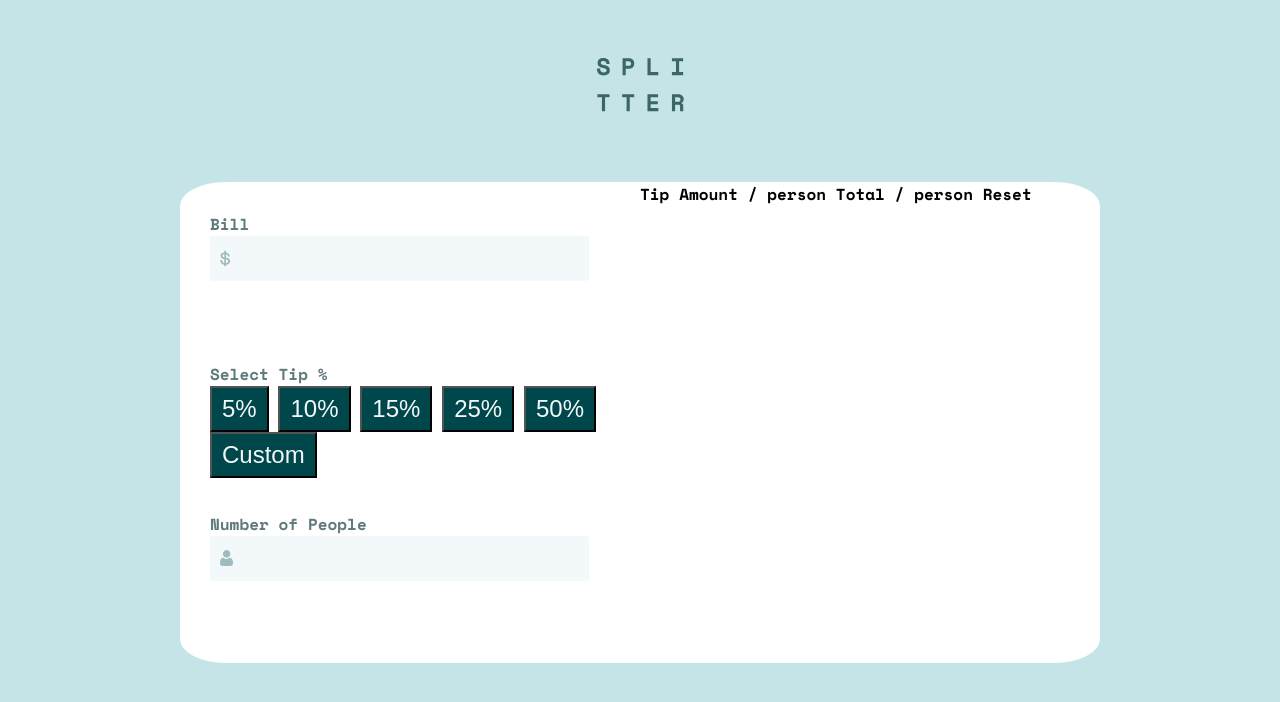
Repository: Arkitecth/tip-calculator
Page: index.html
An editor plug-in stored every save of this project. The page is shown before and after the next save, followed by the edit.
The browser window is 1280 px wide. The pictures show the whole page.

Above is the page before, as saved 2023-06-09 18:05:54.

After the next save:
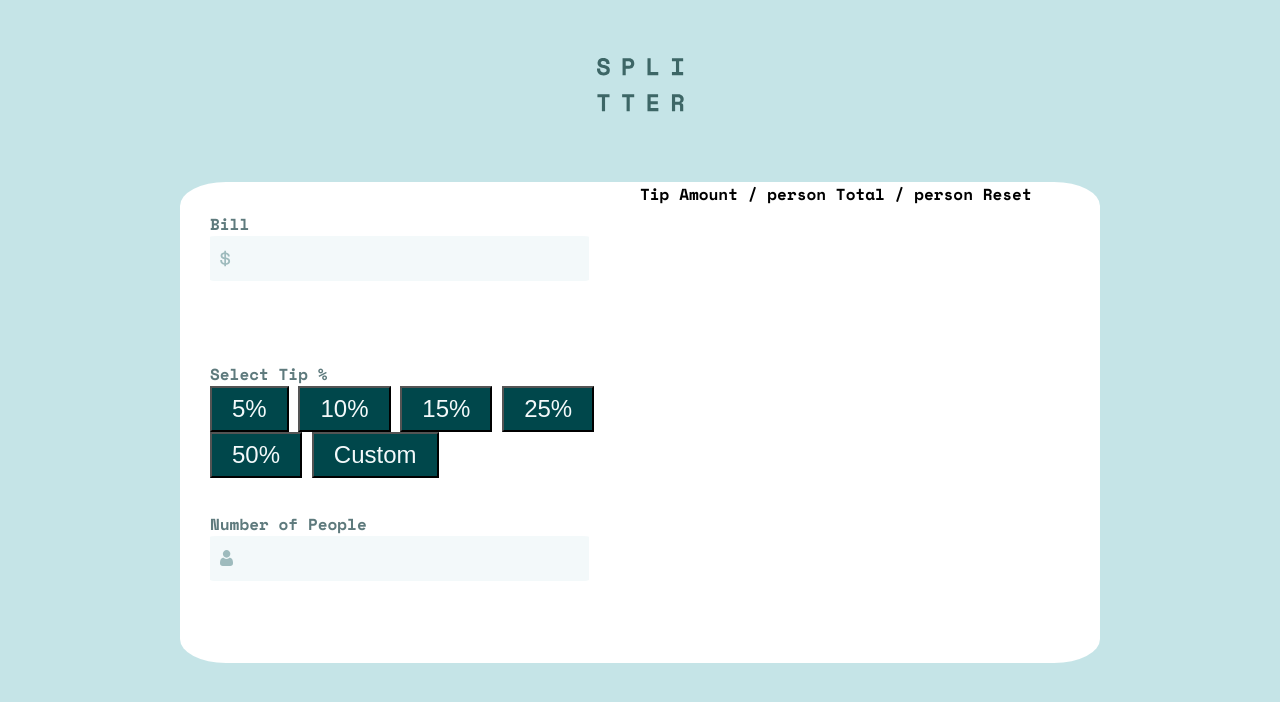
Saved 10 s later.
--- a/styles.css
+++ b/styles.css
@@ -71,7 +71,7 @@
 
 /* Tip Entry */
 .tip-entry input[type="button"] {
-    padding: 7px 10px;
+    padding: 7px 20px;
     background-color:#00474B;
     color: #f3F9FA;
     font-size: 1.5rem;
